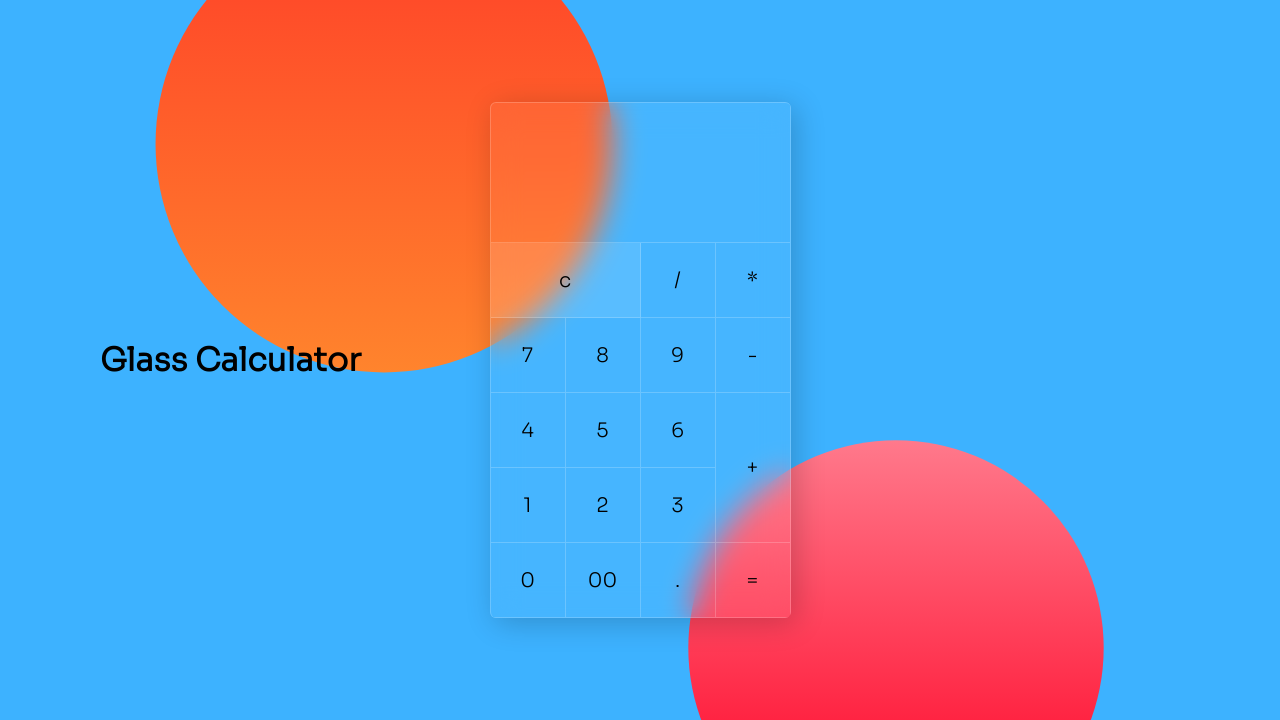
Repository: tharunkumaar404/Glass-Calci
Page: index.html
The author's editor kept a copy of each file at every save. The page is drawn from the files as they stood at one save, then again after the next save.
The browser window is 1280 px wide. The pictures show the whole page.

Above is the page before, as saved 2021-08-26 15:14:19.

### index.html
<!DOCTYPE html>
<html lang="en">
<head>
    <meta charset="UTF-8">
    <meta http-equiv="X-UA-Compatible" content="IE=edge">
    <meta name="viewport" content="width=device-width, initial-scale=1.0">
    <title>Calculator</title>
    <link rel="stylesheet" href="styles.css">
</head>
<body>
    <div class="container">
        <form class="calculator" name="calc">
            <input type="text" readonly class="value" name="txt"/>
            <span class="num clear" onclick="calc.txt.value = ''">c</span>
            <span class="num" onclick="document.calc.txt.value +='/'">/</span>
            <span class="num" onclick="document.calc.txt.value +='*'">*</span>
            <span class="num" onclick="document.calc.txt.value +='7'">7</span>
            <span class="num" onclick="document.calc.txt.value +='8'">8</span>
            <span class="num" onclick="document.calc.txt.value +='9'">9</span>
            <span class="num" onclick="document.calc.txt.value +='-'">-</span>
            <span class="num" onclick="document.calc.txt.value +='4'">4</span>
            <span class="num " onclick="document.calc.txt.value +='5'">5</span>
            <span class="num" onclick="document.calc.txt.value +='6'">6</span>
            <span class="num plus" onclick="document.calc.txt.value +='+'">+</span>
            <span class="num" onclick="document.calc.txt.value +='1'">1</span>
            <span class="num" onclick="document.calc.txt.value +='2'">2</span>
            <span class="num" onclick="document.calc.txt.value +='3'">3</span>
            <span class="num" onclick="document.calc.txt.value +='0'">0</span>
            <span class="num" onclick="document.calc.txt.value +='00'">00</span>
            <span class="num" onclick="document.calc.txt.value +='.'"">.</span>
            <span class="num equal" onclick="document.calc.txt.value =eval(calc.txt.value)">=</span>
        </form>
    </div>
    <h1>Glass Calculator</h1>
    <script type="text/javascript" src="vanilla-tilt.js"></script>
    <script type="text/javascript">
    	VanillaTilt.init(document.querySelector(".container"), {
    		max: 15,
    		speed: 400,
            glare: true,
            "max-glare":0.2,
            gyroscope:true,
    	});
    </script>
</body>
</html>

### styles.css
@import url('https://fonts.googleapis.com/css2?family=Sora:wght@300&display=swap');

*{
    margin: 0;
    padding: 0;
    box-sizing: border-box;
    font-family: 'Sora', sans-serif;
}

body{
display:flex;
justify-content: center;
align-items: center;
min-height: 100vh;
background: #3DB2FF;
}

body::before{
    content: '';
    position: absolute;
    top: 0;
    left:0;
    width: 100%;
    height:100%;
    background:linear-gradient(#FF4C29,#FFB830);
    clip-path: circle(22% at 30% 20%);
}
body::after{
    content: '';
    position: absolute;
    top: 0;
    left:0;
    width: 100%;
    height:100%;
    background:linear-gradient(#fff,#FF2442);
    clip-path: circle(20% at 70% 90%);
}

.container{
    position:relative;
    background: rgba(255,255,255,0.05);
    border-radius: 6px;
    overflow: hidden;
    z-index:10;
    backdrop-filter: blur(15px);
    border-top: 1px solid rgba(255,255,255,0.2);
    border-left:1px solid rgba(255,255,255,0.2);
    box-shadow: 5px 5px 30px rgba(0,0,0,0.2);

}

.container .calculator{
    position:relative;
    display:grid;

}

.container .calculator .value{
    grid-column: span 4;
    height: 140px;
    width:300px;
    text-align:right;
    border:none;
    outline:none;
    padding:10px;
    font-size:30px;
    background: transparent;
    color: #000;
    border-bottom: 1px solid rgba(255,255,255,0.2);
    border-right:1px solid rgba(255,255,255,0.2);


}
.container .calculator span {
    display:grid;
    place-items:center;
    height: 75px;
    width:75px;
    color:black;
    cursor:pointer;
    font-weight:400;
    font-size:20px;
    user-select:none;
    border-bottom: 1px solid rgba(255,255,255,0.2);
    border-right:1px solid rgba(255,255,255,0.2);
    transition: 0.5s;


}
.container .calculator span:hover{
    transition: 0s;
    background: rgba(255,255,255,0.2);
}

.container .calculator span:active{
    background: #3DB2FF;
    color: #F7F3E9;
    font-size: 24px;
    font-weight: 500;

}
.container .calculator .clear{
    grid-column: span 2;
    width:150px;
    background: rgba(255,255,255,0.1);
}
.container .calculator .plus{
grid-row: span 2;
height:150px;
}

h1{
    position: absolute;
    left:100px;
}

### vanilla-tilt.js
var VanillaTilt = (function () {
'use strict';

/**
 * Created by Sergiu Șandor (micku7zu) on 1/27/2017.
 * Original idea: https://github.com/gijsroge/tilt.js
 * MIT License.
 * Version 1.7.1
 */

class VanillaTilt {
  constructor(element, settings = {}) {
    if (!(element instanceof Node)) {
      throw ("Can't initialize VanillaTilt because " + element + " is not a Node.");
    }

    this.width = null;
    this.height = null;
    this.clientWidth = null;
    this.clientHeight = null;
    this.left = null;
    this.top = null;

    // for Gyroscope sampling
    this.gammazero = null;
    this.betazero = null;
    this.lastgammazero = null;
    this.lastbetazero = null;

    this.transitionTimeout = null;
    this.updateCall = null;
    this.event = null;

    this.updateBind = this.update.bind(this);
    this.resetBind = this.reset.bind(this);

    this.element = element;
    this.settings = this.extendSettings(settings);

    this.reverse = this.settings.reverse ? -1 : 1;
    this.glare = VanillaTilt.isSettingTrue(this.settings.glare);
    this.glarePrerender = VanillaTilt.isSettingTrue(this.settings["glare-prerender"]);
    this.fullPageListening = VanillaTilt.isSettingTrue(this.settings["full-page-listening"]);
    this.gyroscope = VanillaTilt.isSettingTrue(this.settings.gyroscope);
    this.gyroscopeSamples = this.settings.gyroscopeSamples;

    this.elementListener = this.getElementListener();

    if (this.glare) {
      this.prepareGlare();
    }

    if (this.fullPageListening) {
      this.updateClientSize();
    }

    this.addEventListeners();
    this.updateInitialPosition();
  }

  static isSettingTrue(setting) {
    return setting === "" || setting === true || setting === 1;
  }

  /**
   * Method returns element what will be listen mouse events
   * @return {Node}
   */
  getElementListener() {
    if (this.fullPageListening) {
      return window.document;
    }

    if (typeof this.settings["mouse-event-element"] === "string") {
      const mouseEventElement = document.querySelector(this.settings["mouse-event-element"]);

      if (mouseEventElement) {
        return mouseEventElement;
      }
    }

    if (this.settings["mouse-event-element"] instanceof Node) {
      return this.settings["mouse-event-element"];
    }

    return this.element;
  }

  /**
   * Method set listen methods for this.elementListener
   * @return {Node}
   */
  addEventListeners() {
    this.onMouseEnterBind = this.onMouseEnter.bind(this);
    this.onMouseMoveBind = this.onMouseMove.bind(this);
    this.onMouseLeaveBind = this.onMouseLeave.bind(this);
    this.onWindowResizeBind = this.onWindowResize.bind(this);
    this.onDeviceOrientationBind = this.onDeviceOrientation.bind(this);

    this.elementListener.addEventListener("mouseenter", this.onMouseEnterBind);
    this.elementListener.addEventListener("mouseleave", this.onMouseLeaveBind);
    this.elementListener.addEventListener("mousemove", this.onMouseMoveBind);

    if (this.glare || this.fullPageListening) {
      window.addEventListener("resize", this.onWindowResizeBind);
    }

    if (this.gyroscope) {
      window.addEventListener("deviceorientation", this.onDeviceOrientationBind);
    }
  }

  /**
   * Method remove event listeners from current this.elementListener
   */
  removeEventListeners() {
    this.elementListener.removeEventListener("mouseenter", this.onMouseEnterBind);
    this.elementListener.removeEventListener("mouseleave", this.onMouseLeaveBind);
    this.elementListener.removeEventListener("mousemove", this.onMouseMoveBind);

    if (this.gyroscope) {
      window.removeEventListener("deviceorientation", this.onDeviceOrientationBind);
    }

    if (this.glare || this.fullPageListening) {
      window.removeEventListener("resize", this.onWindowResizeBind);
    }
  }

  destroy() {
    clearTimeout(this.transitionTimeout);
    if (this.updateCall !== null) {
      cancelAnimationFrame(this.updateCall);
    }

    this.reset();

    this.removeEventListeners();
    this.element.vanillaTilt = null;
    delete this.element.vanillaTilt;

    this.element = null;
  }

  onDeviceOrientation(event) {
    if (event.gamma === null || event.beta === null) {
      return;
    }

    this.updateElementPosition();

    if (this.gyroscopeSamples > 0) {
      this.lastgammazero = this.gammazero;
      this.lastbetazero = this.betazero;

      if (this.gammazero === null) {
        this.gammazero = event.gamma;
        this.betazero = event.beta;
      } else {
        this.gammazero = (event.gamma + this.lastgammazero) / 2;
        this.betazero = (event.beta + this.lastbetazero) / 2;
      }

      this.gyroscopeSamples -= 1;
    }

    const totalAngleX = this.settings.gyroscopeMaxAngleX - this.settings.gyroscopeMinAngleX;
    const totalAngleY = this.settings.gyroscopeMaxAngleY - this.settings.gyroscopeMinAngleY;

    const degreesPerPixelX = totalAngleX / this.width;
    const degreesPerPixelY = totalAngleY / this.height;

    const angleX = event.gamma - (this.settings.gyroscopeMinAngleX + this.gammazero);
    const angleY = event.beta - (this.settings.gyroscopeMinAngleY + this.betazero);

    const posX = angleX / degreesPerPixelX;
    const posY = angleY / degreesPerPixelY;

    if (this.updateCall !== null) {
      cancelAnimationFrame(this.updateCall);
    }

    this.event = {
      clientX: posX + this.left,
      clientY: posY + this.top,
    };

    this.updateCall = requestAnimationFrame(this.updateBind);
  }

  onMouseEnter() {
    this.updateElementPosition();
    this.element.style.willChange = "transform";
    this.setTransition();
  }

  onMouseMove(event) {
    if (this.updateCall !== null) {
      cancelAnimationFrame(this.updateCall);
    }

    this.event = event;
    this.updateCall = requestAnimationFrame(this.updateBind);
  }

  onMouseLeave() {
    this.setTransition();

    if (this.settings.reset) {
      requestAnimationFrame(this.resetBind);
    }
  }

  reset() {
    this.event = {
      clientX: this.left + this.width / 2,
      clientY: this.top + this.height / 2
    };

    if (this.element && this.element.style) {
      this.element.style.transform = `perspective(${this.settings.perspective}px) ` +
        `rotateX(0deg) ` +
        `rotateY(0deg) ` +
        `scale3d(1, 1, 1)`;
    }

    this.resetGlare();
  }

  resetGlare() {
    if (this.glare) {
      this.glareElement.style.transform = "rotate(180deg) translate(-50%, -50%)";
      this.glareElement.style.opacity = "0";
    }
  }

  updateInitialPosition() {
    if (this.settings.startX === 0 && this.settings.startY === 0) {
      return;
    }

    this.onMouseEnter();

    if (this.fullPageListening) {
      this.event = {
        clientX: (this.settings.startX + this.settings.max) / (2 * this.settings.max) * this.clientWidth,
        clientY: (this.settings.startY + this.settings.max) / (2 * this.settings.max) * this.clientHeight
      };
    } else {
      this.event = {
        clientX: this.left + ((this.settings.startX + this.settings.max) / (2 * this.settings.max) * this.width),
        clientY: this.top + ((this.settings.startY + this.settings.max) / (2 * this.settings.max) * this.height)
      };
    }


    let backupScale = this.settings.scale;
    this.settings.scale = 1;
    this.update();
    this.settings.scale = backupScale;
    this.resetGlare();
  }

  getValues() {
    let x, y;

    if (this.fullPageListening) {
      x = this.event.clientX / this.clientWidth;
      y = this.event.clientY / this.clientHeight;
    } else {
      x = (this.event.clientX - this.left) / this.width;
      y = (this.event.clientY - this.top) / this.height;
    }

    x = Math.min(Math.max(x, 0), 1);
    y = Math.min(Math.max(y, 0), 1);

    let tiltX = (this.reverse * (this.settings.max - x * this.settings.max * 2)).toFixed(2);
    let tiltY = (this.reverse * (y * this.settings.max * 2 - this.settings.max)).toFixed(2);
    let angle = Math.atan2(this.event.clientX - (this.left + this.width / 2), -(this.event.clientY - (this.top + this.height / 2))) * (180 / Math.PI);

    return {
      tiltX: tiltX,
      tiltY: tiltY,
      percentageX: x * 100,
      percentageY: y * 100,
      angle: angle
    };
  }

  updateElementPosition() {
    let rect = this.element.getBoundingClientRect();

    this.width = this.element.offsetWidth;
    this.height = this.element.offsetHeight;
    this.left = rect.left;
    this.top = rect.top;
  }

  update() {
    let values = this.getValues();

    this.element.style.transform = "perspective(" + this.settings.perspective + "px) " +
      "rotateX(" + (this.settings.axis === "x" ? 0 : values.tiltY) + "deg) " +
      "rotateY(" + (this.settings.axis === "y" ? 0 : values.tiltX) + "deg) " +
      "scale3d(" + this.settings.scale + ", " + this.settings.scale + ", " + this.settings.scale + ")";

    if (this.glare) {
      this.glareElement.style.transform = `rotate(${values.angle}deg) translate(-50%, -50%)`;
      this.glareElement.style.opacity = `${values.percentageY * this.settings["max-glare"] / 100}`;
    }

    this.element.dispatchEvent(new CustomEvent("tiltChange", {
      "detail": values
    }));

    this.updateCall = null;
  }

  /**
   * Appends the glare element (if glarePrerender equals false)
   * and sets the default style
   */
  prepareGlare() {
    // If option pre-render is enabled we assume all html/css is present for an optimal glare effect.
    if (!this.glarePrerender) {
      // Create glare element
      const jsTiltGlare = document.createElement("div");
      jsTiltGlare.classList.add("js-tilt-glare");

      const jsTiltGlareInner = document.createElement("div");
      jsTiltGlareInner.classList.add("js-tilt-glare-inner");

      jsTiltGlare.appendChild(jsTiltGlareInner);
      this.element.appendChild(jsTiltGlare);
    }

    this.glareElementWrapper = this.element.querySelector(".js-tilt-glare");
    this.glareElement = this.element.querySelector(".js-tilt-glare-inner");

    if (this.glarePrerender) {
      return;
    }

    Object.assign(this.glareElementWrapper.style, {
      "position": "absolute",
      "top": "0",
      "left": "0",
      "width": "100%",
      "height": "100%",
      "overflow": "hidden",
      "pointer-events": "none"
    });

    Object.assign(this.glareElement.style, {
      "position": "absolute",
      "top": "50%",
      "left": "50%",
      "pointer-events": "none",
      "background-image": `linear-gradient(0deg, rgba(255,255,255,0) 0%, rgba(255,255,255,1) 100%)`,
      "width": `${this.element.offsetWidth * 2}px`,
      "height": `${this.element.offsetWidth * 2}px`,
      "transform": "rotate(180deg) translate(-50%, -50%)",
      "transform-origin": "0% 0%",
      "opacity": "0",
    });
  }

  updateGlareSize() {
    if (this.glare) {
      Object.assign(this.glareElement.style, {
        "width": `${this.element.offsetWidth * 2}`,
        "height": `${this.element.offsetWidth * 2}`,
      });
    }
  }

  updateClientSize() {
    this.clientWidth = window.innerWidth
      || document.documentElement.clientWidth
      || document.body.clientWidth;

    this.clientHeight = window.innerHeight
      || document.documentElement.clientHeight
      || document.body.clientHeight;
  }

  onWindowResize() {
    this.updateGlareSize();
    this.updateClientSize();
  }

  setTransition() {
    clearTimeout(this.transitionTimeout);
    this.element.style.transition = this.settings.speed + "ms " + this.settings.easing;
    if (this.glare) this.glareElement.style.transition = `opacity ${this.settings.speed}ms ${this.settings.easing}`;

    this.transitionTimeout = setTimeout(() => {
      this.element.style.transition = "";
      if (this.glare) {
        this.glareElement.style.transition = "";
      }
    }, this.settings.speed);

  }

  /**
   * Method return patched settings of instance
   * @param {boolean} settings.reverse - reverse the tilt direction
   * @param {number} settings.max - max tilt rotation (degrees)
   * @param {startX} settings.startX - the starting tilt on the X axis, in degrees. Default: 0
   * @param {startY} settings.startY - the starting tilt on the Y axis, in degrees. Default: 0
   * @param {number} settings.perspective - Transform perspective, the lower the more extreme the tilt gets
   * @param {string} settings.easing - Easing on enter/exit
   * @param {number} settings.scale - 2 = 200%, 1.5 = 150%, etc..
   * @param {number} settings.speed - Speed of the enter/exit transition
   * @param {boolean} settings.transition - Set a transition on enter/exit
   * @param {string|null} settings.axis - What axis should be disabled. Can be X or Y
   * @param {boolean} settings.glare - What axis should be disabled. Can be X or Y
   * @param {number} settings.max-glare - the maximum "glare" opacity (1 = 100%, 0.5 = 50%)
   * @param {boolean} settings.glare-prerender - false = VanillaTilt creates the glare elements for you, otherwise
   * @param {boolean} settings.full-page-listening - If true, parallax effect will listen to mouse move events on the whole document, not only the selected element
   * @param {string|object} settings.mouse-event-element - String selector or link to HTML-element what will be listen mouse events
   * @param {boolean} settings.reset - false = If the tilt effect has to be reset on exit
   * @param {gyroscope} settings.gyroscope - Enable tilting by deviceorientation events
   * @param {gyroscopeSensitivity} settings.gyroscopeSensitivity - Between 0 and 1 - The angle at which max tilt position is reached. 1 = 90deg, 0.5 = 45deg, etc..
   * @param {gyroscopeSamples} settings.gyroscopeSamples - How many gyroscope moves to decide the starting position.
   */
  extendSettings(settings) {
    let defaultSettings = {
      reverse: false,
      max: 15,
      startX: 0,
      startY: 0,
      perspective: 1000,
      easing: "cubic-bezier(.03,.98,.52,.99)",
      scale: 1,
      speed: 300,
      transition: true,
      axis: null,
      glare: false,
      "max-glare": 1,
      "glare-prerender": false,
      "full-page-listening": false,
      "mouse-event-element": null,
      reset: true,
      gyroscope: true,
      gyroscopeMinAngleX: -45,
      gyroscopeMaxAngleX: 45,
      gyroscopeMinAngleY: -45,
      gyroscopeMaxAngleY: 45,
      gyroscopeSamples: 10
    };

    let newSettings = {};
    for (var property in defaultSettings) {
      if (property in settings) {
        newSettings[property] = settings[property];
      } else if (this.element.hasAttribute("data-tilt-" + property)) {
        let attribute = this.element.getAttribute("data-tilt-" + property);
        try {
          newSettings[property] = JSON.parse(attribute);
        } catch (e) {
          newSettings[property] = attribute;
        }

      } else {
        newSettings[property] = defaultSettings[property];
      }
    }

    return newSettings;
  }

  static init(elements, settings) {
    if (elements instanceof Node) {
      elements = [elements];
    }

    if (elements instanceof NodeList) {
      elements = [].slice.call(elements);
    }

    if (!(elements instanceof Array)) {
      return;
    }

    elements.forEach((element) => {
      if (!("vanillaTilt" in element)) {
        element.vanillaTilt = new VanillaTilt(element, settings);
      }
    });
  }
}

if (typeof document !== "undefined") {
  /* expose the class to window */
  window.VanillaTilt = VanillaTilt;

  /**
   * Auto load
   */
  VanillaTilt.init(document.querySelectorAll("[data-tilt]"));
}

return VanillaTilt;

}());

After the next save:
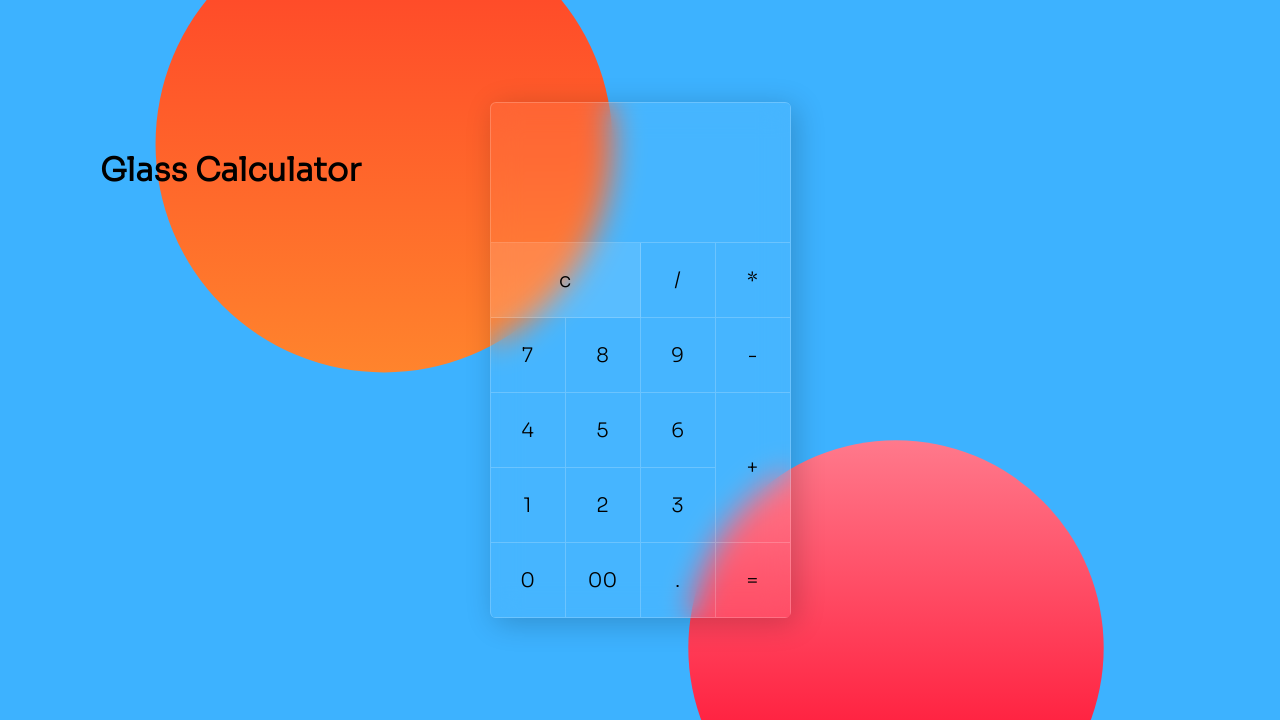
Saved 8 s later.
--- a/styles.css
+++ b/styles.css
@@ -112,4 +112,5 @@ height:150px;
 h1{
     position: absolute;
     left:100px;
+    top:150px;
 }
